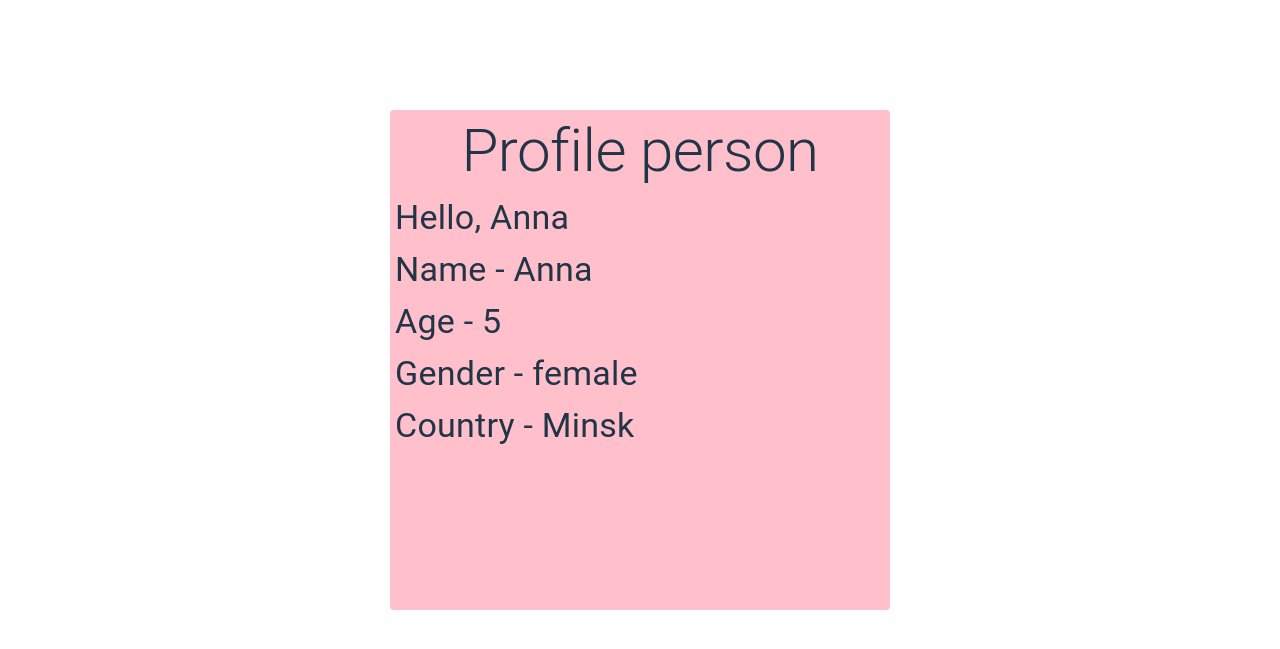
Repository: savannaaaas/props
Page: /
These files come from the project's save history. The page is drawn as it stood at one moment and after the next save; the edit follows.
The browser window is 1280 px wide. The pictures show the whole page.
The project was rebuilt for these pictures with package versions that can differ from the ones it lists, and the page was loaded fresh each time. Also part of the build but not shown: vite.config.js.

Above is the page before, as saved 2025-07-07 23:56:40.

### src/App.jsx
import "./App.css";
import Box from "@mui/material/Box";
import { Person1 } from "./components/Person1";
/**1. Создать 6 любых компонент.
2. В компоненты передать props следующих типов данных:
number
string
boolean
object
function
array
3. Использовать в компонентах каждый prop.
4. Сделать деструктуризацию props. */
function App() {
  const obj = { country: "Minsk" };
  const sayHello = (name) => ` Hello, ${name}`;
  return (
    <Box
      sx={{
        width: 500,
        height: 500,
        borderRadius: 1,
        bgcolor: "pink",
      }}
    >
      <Person1
        name={"Anna"}
        age={5}
        men={false}
        obj={obj}
        sayHello={sayHello}
      />
    </Box>
  );
}

export default App;

### src/components/Person1.jsx
import Typography from "@mui/material/Typography";
export const Person1 = ({ name, age, men, obj, sayHello }) => {
  return (
    <>
      <Typography variant="h2" align="center" style={{ padding: "5px" }}>
        Profile person
      </Typography>
      <Typography variant="h4" align="left" style={{ padding: "5px" }}>
        {sayHello(name)}
      </Typography>

      <Typography variant="h4" align="left" style={{ padding: "5px" }}>
        Name - {name}
      </Typography>
      <Typography variant="h4" align="left" style={{ padding: "5px" }}>
        Age - {age}
      </Typography>
      <Typography variant="h4" align="left" style={{ padding: "5px" }}>
        Gender - {men ? "men" : "female"}
      </Typography>
      <Typography variant="h4" align="left" style={{ padding: "5px" }}>
        Country - {obj.country}
      </Typography>
    </>
  );
};

Loaded but not shown: index.html (common file); src/main.jsx (common file); src/index.css (common file); src/App.css (common file)

After the next save:
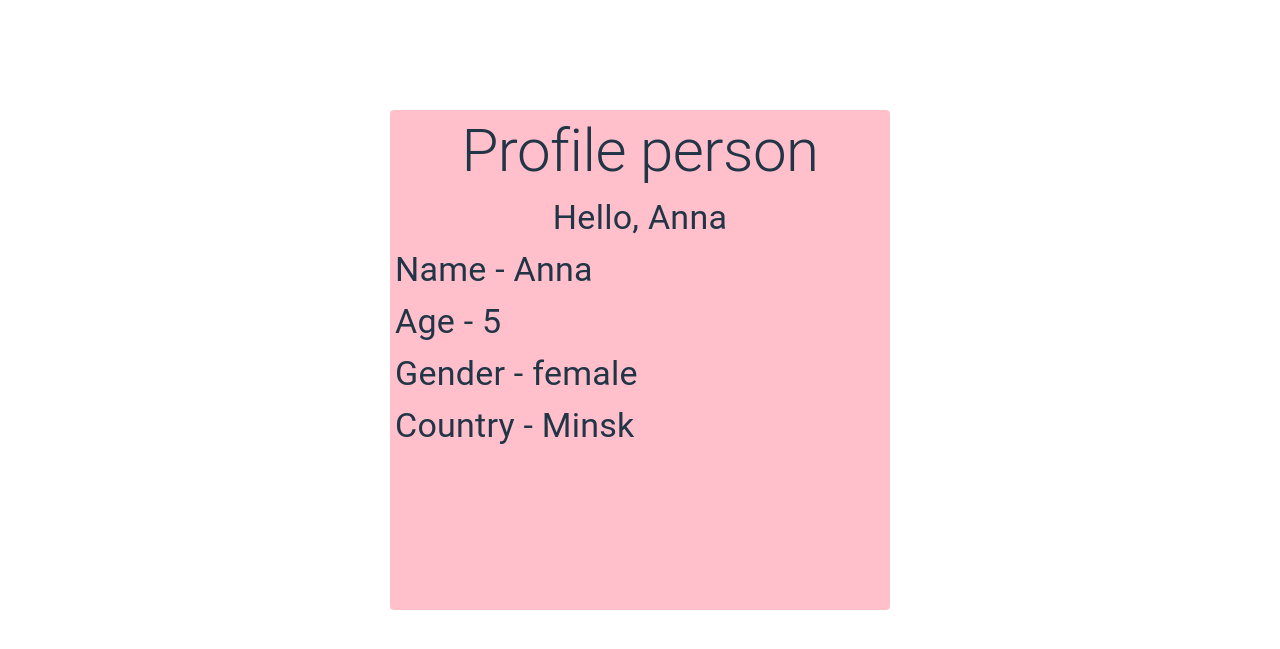
Saved 5 s later.
--- a/src/components/Person1.jsx
+++ b/src/components/Person1.jsx
@@ -5,7 +5,7 @@ export const Person1 = ({ name, age, men, obj, sayHello }) => {
       <Typography variant="h2" align="center" style={{ padding: "5px" }}>
         Profile person
       </Typography>
-      <Typography variant="h4" align="left" style={{ padding: "5px" }}>
+      <Typography variant="h4" align="center" style={{ padding: "5px" }}>
         {sayHello(name)}
       </Typography>
 
